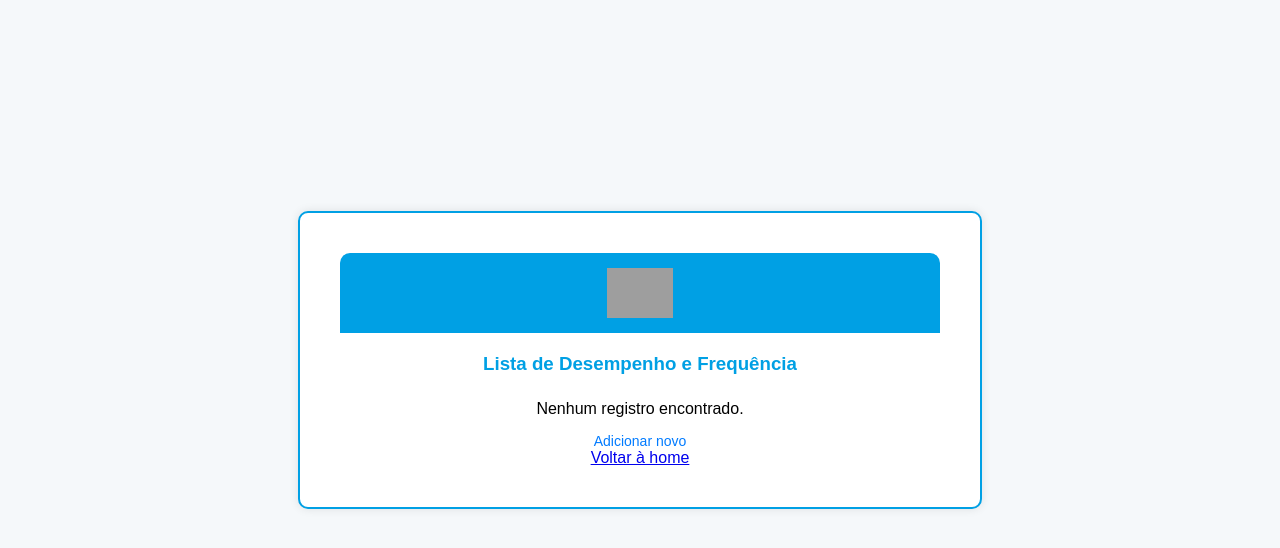
Repository: Guilherme-burle/Portal-do-Aluno-P2
Page: http://localhost/listDF/
An editor plug-in stored every save of this project. The page is shown before and after the next save, followed by the edit.
The browser window is 1280 px wide. The pictures show the whole page.
Pictures or frames that could not be fetched are drawn as grey boxes. The page is served by the project's application, run on Django 5.2 (PortaldoAluno/manage.py). A made-up administrator, testuser (Test User, test@example.com), is signed in. Queries for data that is not in the repository find no rows.

Above is the page before, as saved 2025-05-19 19:22:54.

After the next save:
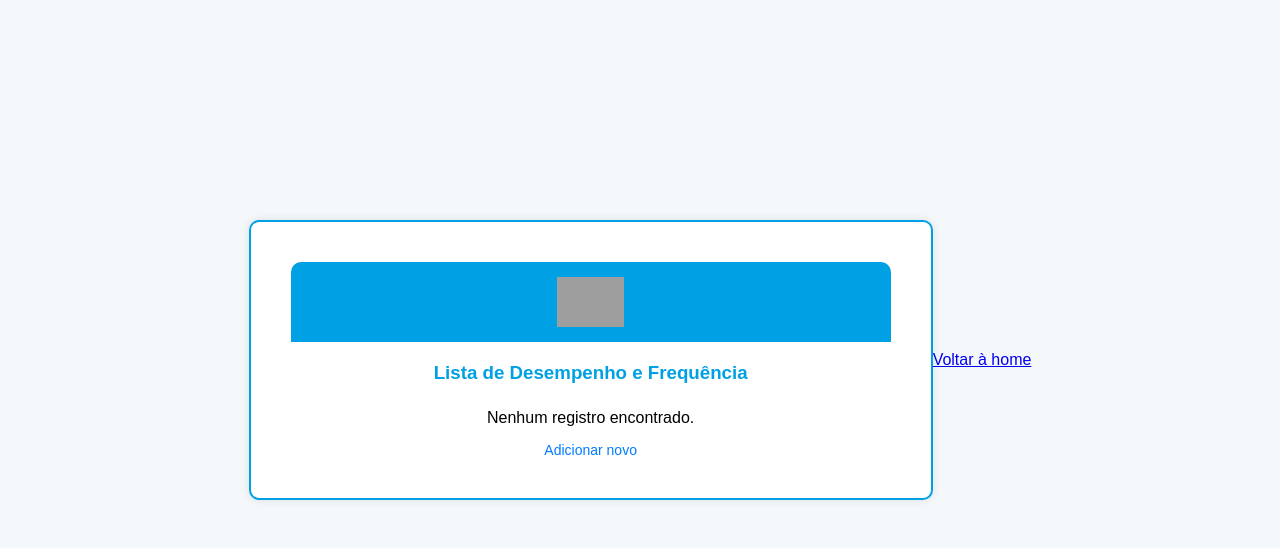
Saved 9 s later.
--- a/PortaldoAluno/Aplicativo/templates/listDF.html
+++ b/PortaldoAluno/Aplicativo/templates/listDF.html
@@ -119,8 +119,8 @@
 
     <div class="voltar">
       <a href="{% url 'addDF' %}">Adicionar novo</a></div>
-      <a href="{% url 'home' %}">Voltar à home</a>
-  </div>
+    </div>
+    <a href="{% url 'home' %}">Voltar à home</a>
     </div>
   </div>
 </body>

After the save that followed:
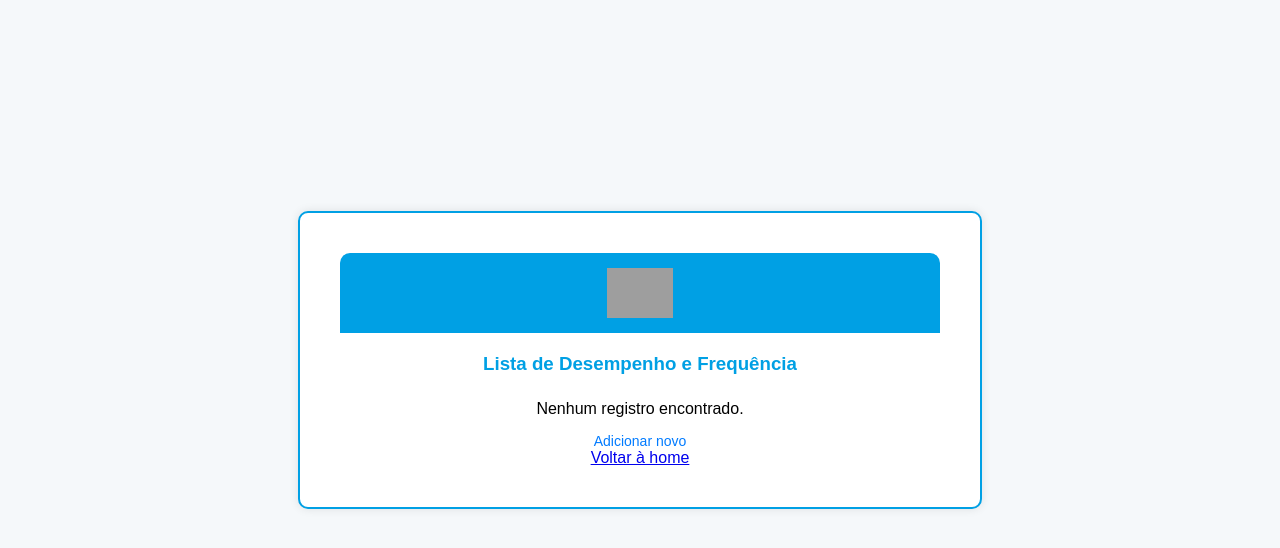
Saved 4 s later.
--- a/PortaldoAluno/Aplicativo/templates/listDF.html
+++ b/PortaldoAluno/Aplicativo/templates/listDF.html
@@ -119,8 +119,8 @@
 
     <div class="voltar">
       <a href="{% url 'addDF' %}">Adicionar novo</a></div>
+      <a href="{% url 'home' %}">Voltar à home</a>
     </div>
-    <a href="{% url 'home' %}">Voltar à home</a>
     </div>
   </div>
 </body>
